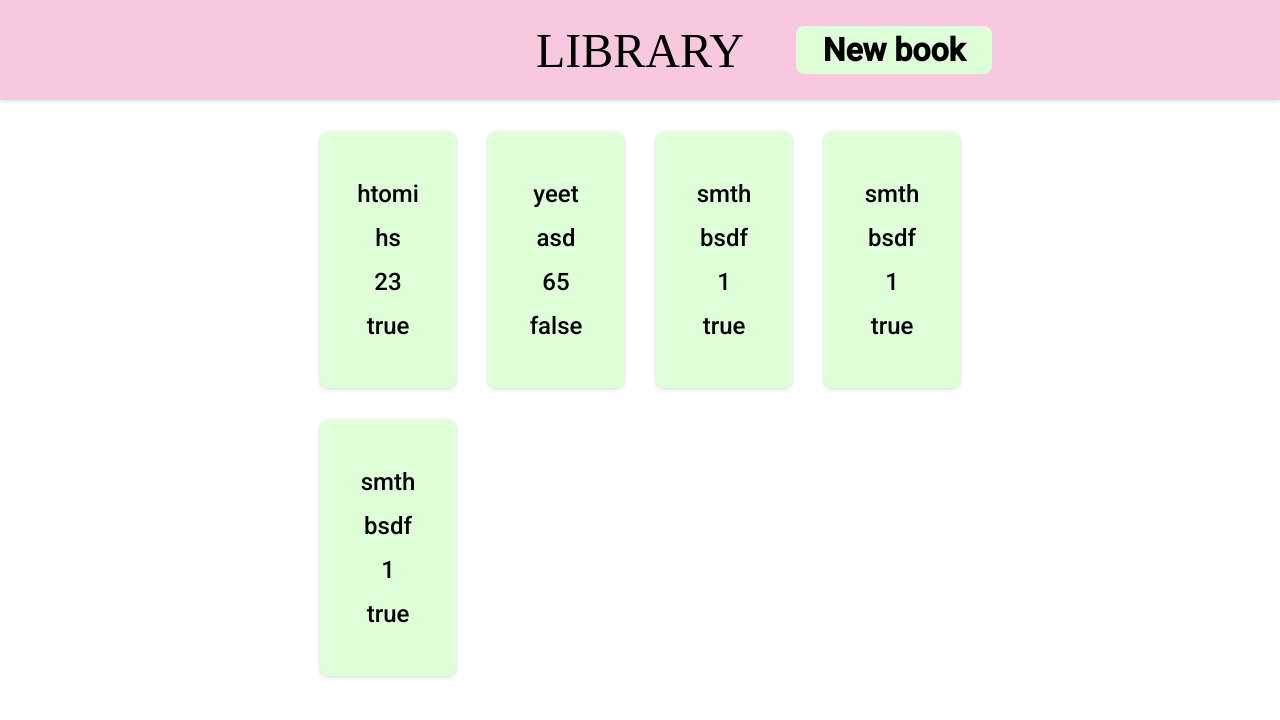
Repository: yeetzpxoci/library
Page: index.html
The author's editor kept a copy of each file at every save. The page is drawn from the files as they stood at one save, then again after the next save.
The browser window is 1280 px wide. The pictures show the whole page.
Some web fonts or font styles are not loaded; a fallback is used.

Above is the page before, as saved 2023-02-21 15:48:22.

After the next save:
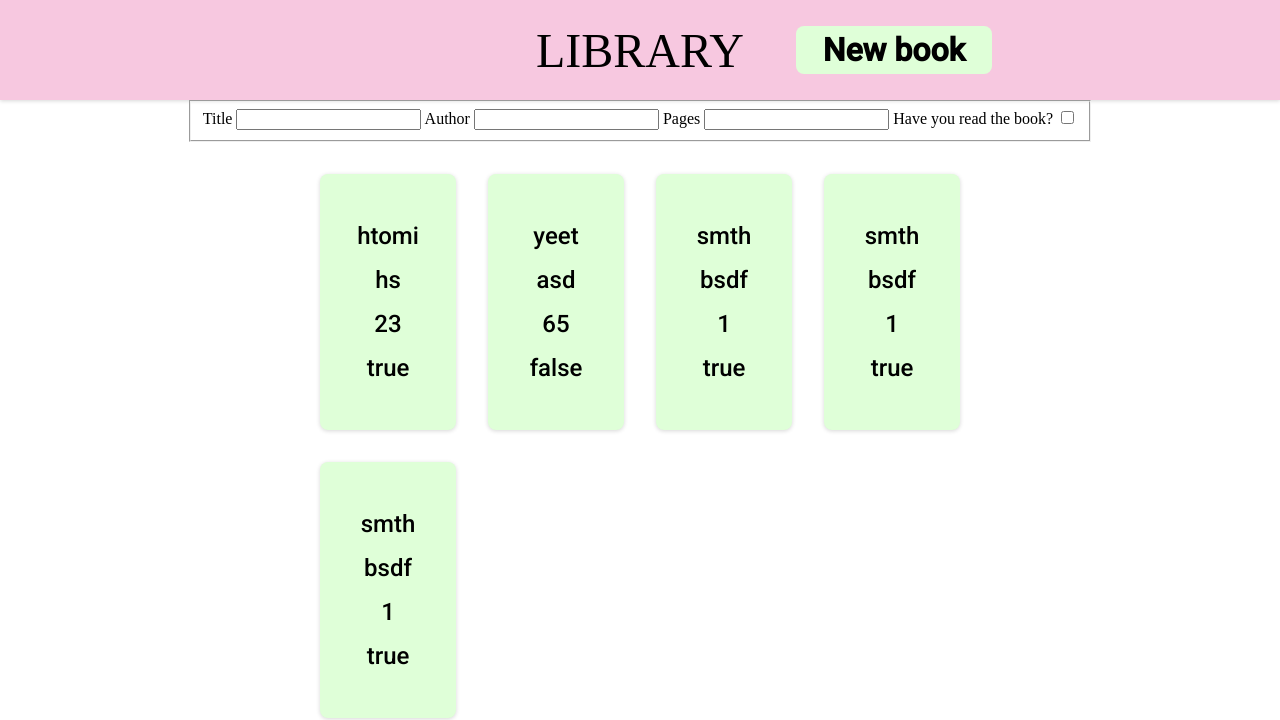
Saved 86 s later.
--- a/styles.css
+++ b/styles.css
@@ -70,6 +70,7 @@ body {
 }
 
 
-form {
-    display: none;
+#input-form {
+    display: flex;
+    flex-direction: column;
 }
